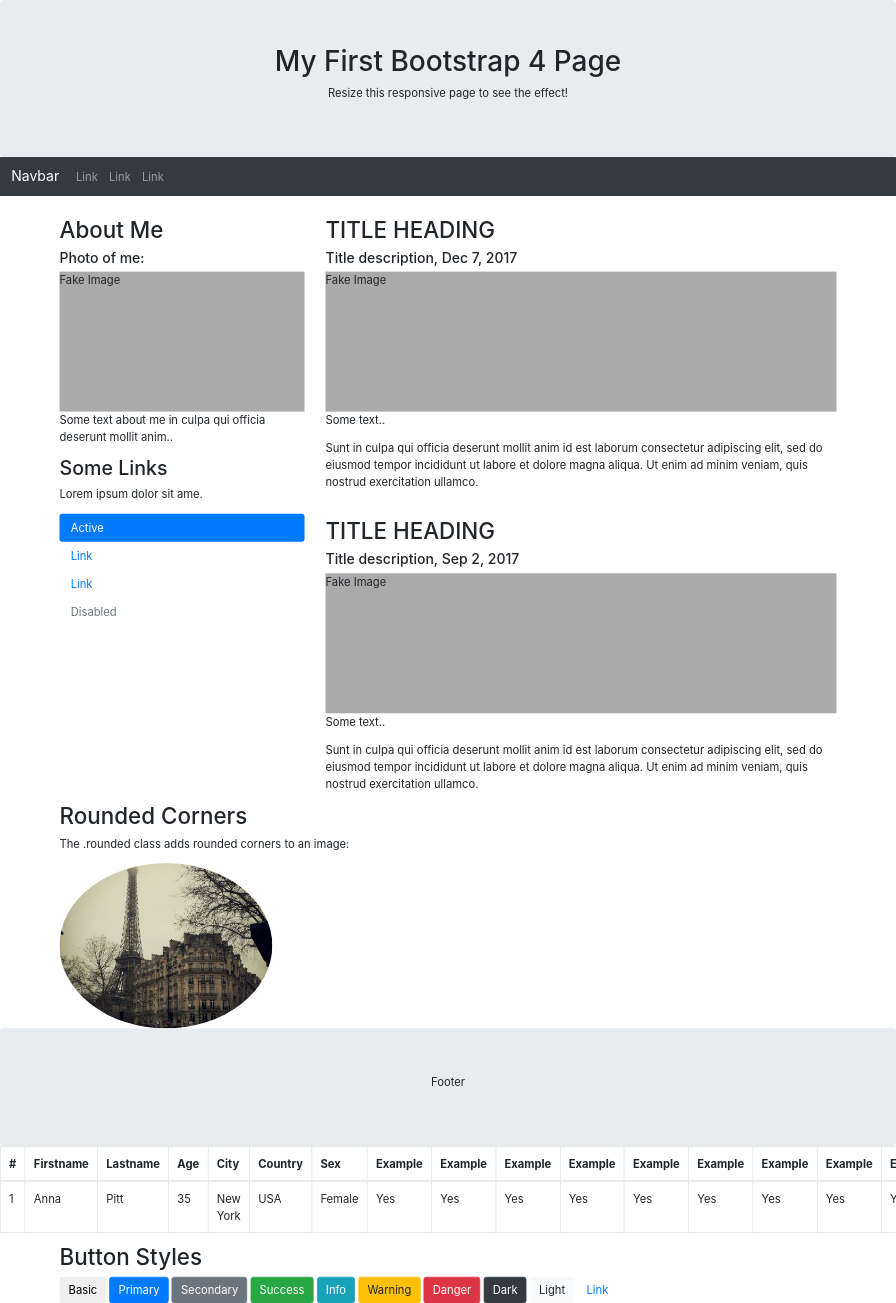
Repository: Anusha-Shilamkoti/Anusha
Page: MyFirstWebProject/WebContent/index.html
An editor plug-in stored every save of this project. The page is shown before and after the next save, followed by the edit.
The browser window is 1280 px wide. The pictures show the whole page, at 70% of full size.

Above is the page before, as saved 2020-01-18 11:54:35.

### MyFirstWebProject/WebContent/index.html
<!DOCTYPE html>
<html lang="en">
<head>
  <title>Bootstrap 4 Website Example</title>
  <meta charset="utf-8">
  <head>
  <meta name="viewport" content="width=device-width, initial-scale=1">
  <link rel="stylesheet" href="Bootstrap/css/bootstrap.min.css">
  <script src="https://ajax.googleapis.com/ajax/libs/jquery/3.3.1/jquery.min.js"></script>
  <script src="Bootstrap/js/bootstrap.min.js"></script>
<style>
  .fakeimg {
    height: 200px;
    background: #aaa;
  }
  </style>
</head>
<body>

<div class="jumbotron text-center" style="margin-bottom:0">
  <h1>My First Bootstrap 4 Page</h1>
  <p>Resize this responsive page to see the effect!</p>
</div>

<nav class="navbar navbar-expand-sm bg-dark navbar-dark">
  <a class="navbar-brand" href="#">Navbar</a>
  <button class="navbar-toggler" type="button" data-toggle="collapse" data-target="#collapsibleNavbar">
    <span class="navbar-toggler-icon"></span>
  </button>
  <div class="collapse navbar-collapse" id="collapsibleNavbar">
    <ul class="navbar-nav">
      <li class="nav-item">
        <a class="nav-link" href="#">Link</a>
      </li>
      <li class="nav-item">
        <a class="nav-link" href="#">Link</a>
      </li>
      <li class="nav-item">
        <a class="nav-link" href="#">Link</a>
      </li>
    </ul>
  </div>
</nav>

<div class="container" style="margin-top:30px">
  <div class="row">
    <div class="col-md-4">
      <h2>About Me</h2>
      <h5>Photo of me:</h5>
      <div class="fakeimg">Fake Image</div>
      <p>Some text about me in culpa qui officia deserunt mollit anim..</p>
      <h3>Some Links</h3>
      <p>Lorem ipsum dolor sit ame.</p>
      <ul class="nav nav-pills flex-column">
        <li class="nav-item">
          <a class="nav-link active" href="#">Active</a>
        </li>
        <li class="nav-item">
          <a class="nav-link" href="#">Link</a>
        </li>
        <li class="nav-item">
          <a class="nav-link" href="#">Link</a>
        </li>
        <li class="nav-item">
          <a class="nav-link disabled" href="#">Disabled</a>
        </li>
      </ul>
      <hr class="d-sm-none">
    </div>
    <div class="col-sm-8">
      <h2>TITLE HEADING</h2>
      <h5>Title description, Dec 7, 2017</h5>
      <div class="fakeimg">Fake Image</div>
      <p>Some text..</p>
      <p>Sunt in culpa qui officia deserunt mollit anim id est laborum consectetur adipiscing elit, sed do eiusmod tempor incididunt ut labore et dolore magna aliqua. Ut enim ad minim veniam, quis nostrud exercitation ullamco.</p>
      <br>
      <h2>TITLE HEADING</h2>
      <h5>Title description, Sep 2, 2017</h5>
      <div class="fakeimg">Fake Image</div>
      <p>Some text..</p>
      <p>Sunt in culpa qui officia deserunt mollit anim id est laborum consectetur adipiscing elit, sed do eiusmod tempor incididunt ut labore et dolore magna aliqua. Ut enim ad minim veniam, quis nostrud exercitation ullamco.</p>
    </div>
  </div>
</div>
<div class="container">
  <h2>Rounded Corners</h2>
  <p>The .rounded class adds rounded corners to an image:</p>
  <img src="image/paris.jpg" class="rounded-circle" alt="Cinque Terre" width="304" height="236">
</div>

<div class="jumbotron text-center" style="margin-bottom:0">
  <p>Footer</p>
</div>
 <div class="table-responsive">
    <table class="table table-bordered">
      <thead>
        <tr>
          <th>#</th>
          <th>Firstname</th>
          <th>Lastname</th>
          <th>Age</th>
          <th>City</th>
          <th>Country</th>
          <th>Sex</th>
          <th>Example</th>
          <th>Example</th>
          <th>Example</th>
          <th>Example</th>
          <th>Example</th>
          <th>Example</th>
          <th>Example</th>
          <th>Example</th>
          <th>Example</th>
          <th>Example</th>
          <th>Example</th>
          <th>Example</th>
        </tr>
      </thead>
      <tbody>
        <tr>
          <td>1</td>
          <td>Anna</td>
          <td>Pitt</td>
          <td>35</td>
          <td>New York</td>
          <td>USA</td>
          <td>Female</td>
          <td>Yes</td>
          <td>Yes</td>
          <td>Yes</td>
          <td>Yes</td>
          <td>Yes</td>
          <td>Yes</td>
          <td>Yes</td>
          <td>Yes</td>
          <td>Yes</td>
          <td>Yes</td>
          <td>Yes</td>
          <td>Yes</td>
        </tr>
      </tbody>
    </table>
  </div>

<div class="container">
  <h2>Button Styles</h2>
  <button type="button" class="btn">Basic</button>
  <button type="button" class="btn btn-primary">Primary</button>
  <button type="button" class="btn btn-secondary">Secondary</button>
  <button type="button" class="btn btn-success">Success</button>
  <button type="button" class="btn btn-info">Info</button>
  <button type="button" class="btn btn-warning">Warning</button>
  <button type="button" class="btn btn-danger">Danger</button>
  <button type="button" class="btn btn-dark">Dark</button>
  <button type="button" class="btn btn-light">Light</button>
  <button type="button" class="btn btn-link">Link</button>
</div>
</body>
</html>

Loaded but not shown: MyFirstWebProject/WebContent/Bootstrap/css/bootstrap.min.css (library); MyFirstWebProject/WebContent/Bootstrap/js/bootstrap.min.js (library)

After the next save:
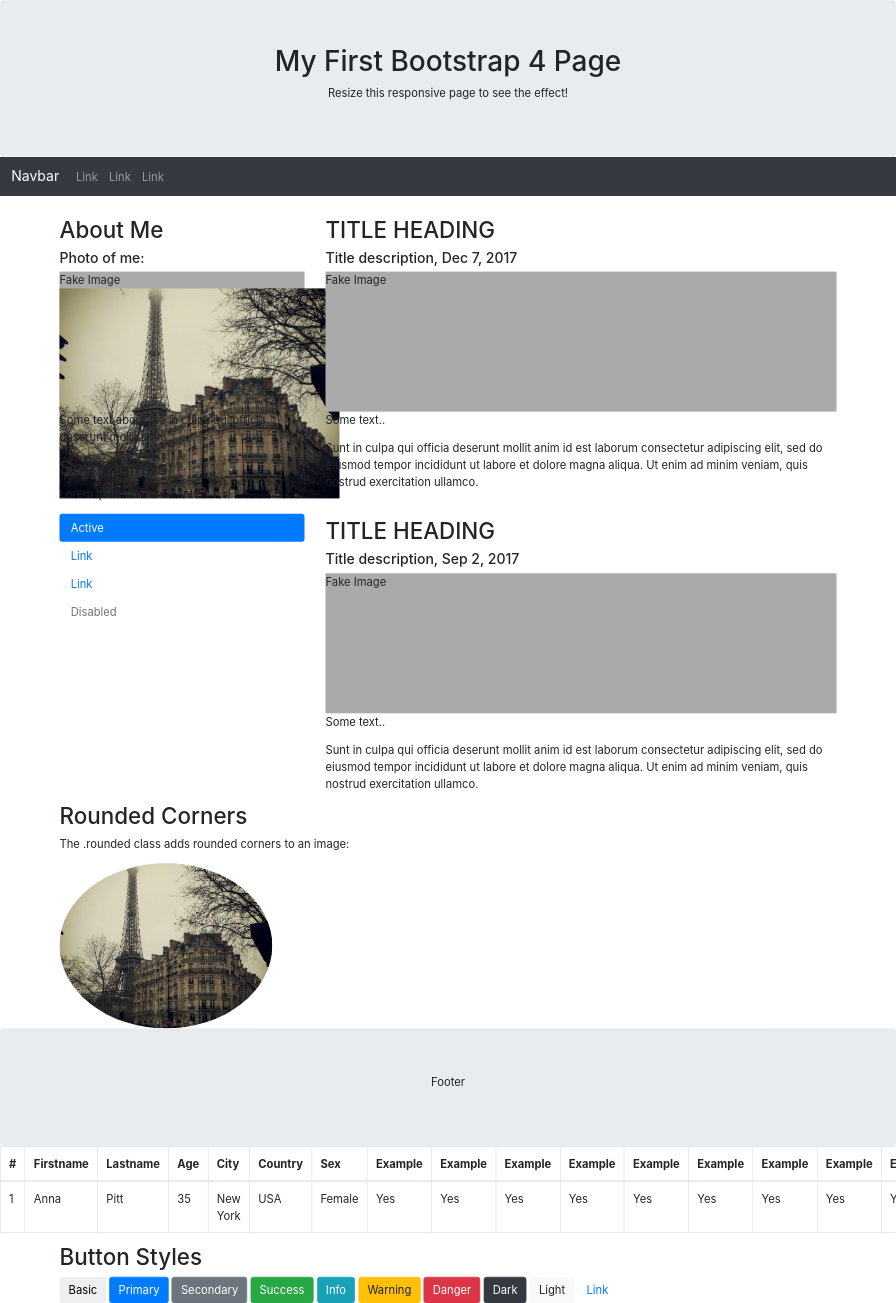
Saved 5 min 34 s later.
--- a/MyFirstWebProject/WebContent/index.html
+++ b/MyFirstWebProject/WebContent/index.html
@@ -47,7 +47,9 @@
     <div class="col-md-4">
       <h2>About Me</h2>
       <h5>Photo of me:</h5>
-      <div class="fakeimg">Fake Image</div>
+      <div class="fakeimg">Fake Image
+      <img alt="Anusha" src="image\paris.jpg">
+      </div>
       <p>Some text about me in culpa qui officia deserunt mollit anim..</p>
       <h3>Some Links</h3>
       <p>Lorem ipsum dolor sit ame.</p>
